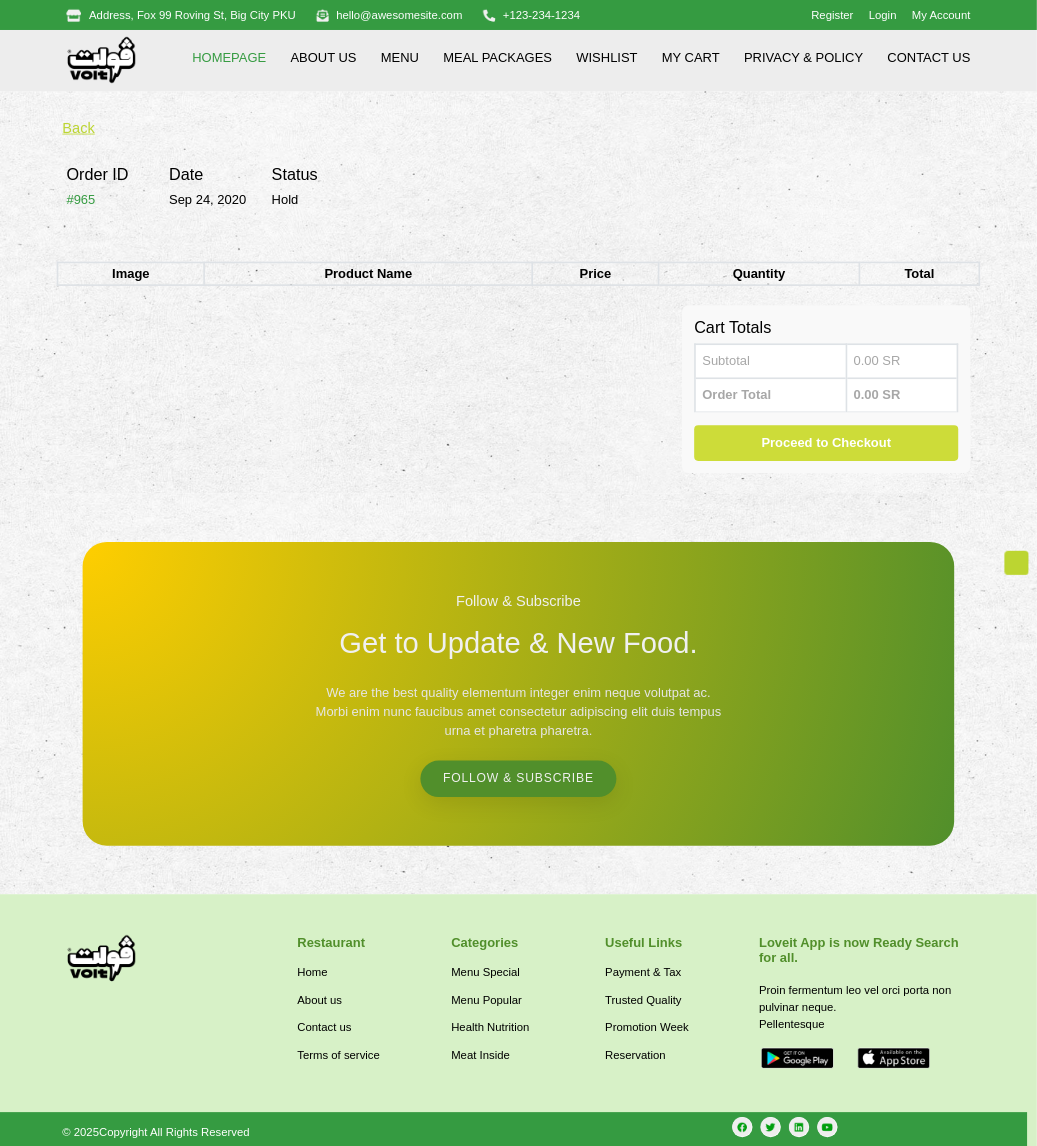
Repository: junivig/volt-new-project
Page: order-detail.html
The author's editor kept a copy of each file at every save. The page is drawn from the files as they stood at one save, then again after the next save.
The browser window is 1280 px wide. The pictures show the whole page, at 81% of full size.

Above is the page before, as saved 2025-02-27 14:04:53.

### order-detail.html
<!DOCTYPE html>
<html lang="en">

<head>
  <meta charset="utf-8">
  <meta content="width=device-width, initial-scale=1.0" name="viewport">
  <title>Order Detail - Voltfood</title>
  <meta name="description" content="">
  <meta name="keywords" content="">

  <!-- Favicons -->
  <link href="assets/img/favicon.png" rel="icon">
  <link href="assets/img/apple-touch-icon.png" rel="apple-touch-icon">

  <!-- Fonts -->
  <link href="https://fonts.googleapis.com" rel="preconnect">
  <link href="https://fonts.gstatic.com" rel="preconnect" crossorigin>
  <link href="https://fonts.googleapis.com/css2?family=Roboto:ital,wght@0,100;0,300;0,400;0,500;0,700;0,900;1,100;1,300;1,400;1,500;1,700;1,900&family=Raleway:ital,wght@0,100;0,200;0,300;0,400;0,500;0,600;0,700;0,800;0,900;1,100;1,200;1,300;1,400;1,500;1,600;1,700;1,800;1,900&family=Ubuntu:ital,wght@0,300;0,400;0,500;0,700;1,300;1,400;1,500;1,700&display=swap" rel="stylesheet">

  <!-- Vendor CSS Files -->
  <link href="assets/vendor/bootstrap/css/bootstrap.min.css" rel="stylesheet">
  <link href="assets/vendor/bootstrap-icons/bootstrap-icons.css" rel="stylesheet">
  <link href="assets/vendor/aos/aos.css" rel="stylesheet">
  <link href="assets/vendor/glightbox/css/glightbox.min.css" rel="stylesheet">
  <link href="assets/vendor/swiper/swiper-bundle.min.css" rel="stylesheet">

  <!-- Main CSS File -->
  <link href="assets/css/main.css" rel="stylesheet">
  <script src="assets/js/constant.js"></script>
  <!-- Add Axios CDN -->
  <script src="https://cdn.jsdelivr.net/npm/axios/dist/axios.min.js"></script>

  <!-- =======================================================
  * Template Name: eNno
  * Template URL: https://bootstrapmade.com/enno-free-simple-bootstrap-template/
  * Updated: Aug 07 2024 with Bootstrap v5.3.3
  * Author: BootstrapMade.com
  * License: https://bootstrapmade.com/license/
  ======================================================== -->
</head>

<body class="index-page">

    <header id="header" class="header ">
        <div class="container-fluid  top-header">
          <div class="container-xl">
              <div class="row align-items-center">
                  <div class="col-md-8 d-flex align-items-center">
                    <nav id="navmenu" class="navmenu">
                      <ul>
                    <li class="">
                      <img src="assets/img/location-icon.png" alt="Location Icon" class="icon-right">
                      <span class="top-header-text">Address, Fox 99 Roving St, Big City PKU</span>
                  </li>
                    <li class="">
                      <img src="assets/img/email-icon.png" alt="Email Icon" class="icon-right">
                      <span class="top-header-text">hello@awesomesite.com</span>
                  </li>
                  <li class="">
                    <img src="assets/img/phone-icon.png" alt="Phone Icon" class="icon-right">
                    <span class="top-header-text">+123-234-1234</span>
                </li>
                      </ul>
                    </nav>
                  </div>
                  <div class="col-md-4 text-end">
                      <a href="auth.html" >Register</a>
                      <a href="auth.html">Login</a>
                      <a href="my-account.html">My Account</a>
                  </div>
              </div>
            </div>
      </div>
        <div class="container-fluid container-xl position-relative d-flex align-items-center">

          <a href="index.html" class="logo d-flex align-items-center me-auto">

            <img src="assets/img/logo.png" alt="Logo Image">
          </a>

          <nav id="navmenu" class="navmenu">
            <ul>
              <li><a href="index.html" class="active">HOMEPAGE</a></li>
              <li><a href="about.html">ABOUT US</a></li>
              <li><a href="menu.html">MENU</a></li>
              <li><a href="meal-packages.html">MEAL PACKAGES</a></li>
              <li><a href="wishlist.html">WISHLIST</a></li>
              <li><a href="cart.html">MY CART</a></li>
              <li><a href="privacy-and-policy.html">PRIVACY & POLICY</a></li>
              <li><a href="contact.html">CONTACT US</a></li>
              <!-- <li class="dropdown"><a href="#"><span>Dropdown</span> <i class="bi bi-chevron-down toggle-dropdown"></i></a>
                <ul>
                  <li><a href="#">Dropdown 1</a></li>
                  <li class="dropdown"><a href="#"><span>Deep Dropdown</span> <i class="bi bi-chevron-down toggle-dropdown"></i></a>
                    <ul>
                      <li><a href="#">Deep Dropdown 1</a></li>
                      <li><a href="#">Deep Dropdown 2</a></li>
                      <li><a href="#">Deep Dropdown 3</a></li>
                      <li><a href="#">Deep Dropdown 4</a></li>
                      <li><a href="#">Deep Dropdown 5</a></li>
                    </ul>
                  </li>
                  <li><a href="#">Dropdown 2</a></li>
                  <li><a href="#">Dropdown 3</a></li>
                  <li><a href="#">Dropdown 4</a></li>
                </ul>
              </li> -->
            </ul>
            <i class="mobile-nav-toggle d-xl-none bi bi-list"></i>
          </nav>

          <!-- <a class="btn-getstarted" href="index.html#about">Get Started</a> -->

        </div>
      </header>

  <main class="main">


        <!-- Cart Section -->
        <section id="testimonials" class="testimonials section-inner light-background bg-image">
            <a href="my-account.html"><button class="btn btn-back">Back</button></a>
            <div class="container">
            <div class="row mt-4">
                <div class="col-4">
                    <div class="row">
                        <div class="col-4">
                            <h5>Order ID</h5>
                            <p class="order-id">#965</p>
                        </div>
                        <div class="col-4">
                            <h5>Date</h5>
                            <p>Sep 24, 2020</p>
                        </div>
                        <div class="col-4">
                            <h5>Status</h5>
                            <p>Hold</p>
                        </div>
                    </div>
                </div>
                <div class="col-8">

                </div>
            </div>
        </div>
            <div class="container mt-5">
                <div class="row">
                    <table class="cart-table">
                        <thead>
                            <tr>
                                <th>Image</th>
                                <th>Product Name</th>
                                <th>Price</th>
                                <th>Quantity</th>
                                <th>Total</th>
                            </tr>
                        </thead>
                        <tbody id="cart-table-body">
                            <!-- Cart items will be dynamically added here -->
                        </tbody>
                    </table>



                </div>
                <div class="row mt-4">
                    <!-- Cart Totals Section -->
                    <div class="col-lg-8"></div>
                    <div class="col-lg-4">
                        <div class="cart-summary">
                            <h5>Cart Totals</h5>
                            <table class="table">
                                <tr>
                                    <td>Subtotal</td>
                                    <td id="subtotal-amount">0.00 SR</td>
                                </tr>
                                <tr>
                                    <td><strong>Order Total</strong></td>
                                    <td><strong id="order-total-amount">0.00 SR</strong></td>
                                </tr>
                            </table>
                            <a href="checkout.html">
                                <button class="btn proceed-btn w-100">Proceed to Checkout</button>
                            </a>
                        </div>
                    </div>
                </div>
            </div>
        </section>
      <!-- /Cart Section -->
      <div id="toast-container" class="toast-container"></div>

  </main>


  <script>
    const apiUrl = `${apiBaseUrl}cart`;
    const token = localStorage.getItem("accessToken");

    // Function to fetch and display the cart items and calculate total price
    async function fetchCart() {
        if (!token) {
            console.error("Access token not found!");
            return;
        }

        try {
            const response = await fetch(apiUrl, {
                method: "GET",
                headers: {
                    "Authorization": `Bearer ${token}`,
                    "Content-Type": "application/json"
                }
            });

            const result = await response.json();

            if (result.status === 200 && result.data.cart.length > 0) {
                const cartTableBody = document.querySelector(".cart-table tbody");
                cartTableBody.innerHTML = ""; // Clear previous content

                let totalCartPrice = 0; // Store total price

                result.data.cart.forEach(cartItem => {
                    const product = cartItem.product;
                    const itemTotal = parseFloat(product.price) * cartItem.quantity;
                    totalCartPrice += itemTotal; // Add to total price

                    const row = document.createElement("tr");
                    row.setAttribute("data-product-id", product.id); // Store product_id in row

                    row.innerHTML = `
                        <td><img src="assets/img/breakfast.png" alt="Image"></td>
                        <td>${product.name}</td>
                        <td>${product.price} SR</td>
                        <td>
                            <div class="quantity-control">
                                <input type="text" class="quantity-input" value="${cartItem.quantity}" data-id="${cartItem.id}" readonly>
                            </div>
                        </td>
                        <td class="item-total">${itemTotal.toFixed(2)} SR</td>
                    `;

                    cartTableBody.appendChild(row);
                });

                // Update cart totals
                updateCartTotal(totalCartPrice);

            } else {
                document.querySelector(".cart-table tbody").innerHTML = "<tr><td colspan='6'>Your cart is empty.</td></tr>";
                updateCartTotal(0);
            }
        } catch (error) {
            console.error("Error fetching cart:", error);
            document.querySelector(".cart-table tbody").innerHTML = "<tr><td colspan='6'>Failed to load cart.</td></tr>";
            updateCartTotal(0);
        }
    }

    // Function to update Subtotal and Order Total
    function updateCartTotal(totalPrice) {
        document.getElementById("subtotal-amount").innerText = `${totalPrice.toFixed(2)} SR`;
        document.getElementById("order-total-amount").innerText = `${totalPrice.toFixed(2)} SR`;
    }

    // Event delegation for quantity updates and removal
    document.querySelector(".cart-table tbody").addEventListener("click", function (event) {
        if (event.target.classList.contains("increase")) {
            const cartItemId = event.target.getAttribute("data-id");
            const productId = event.target.getAttribute("data-product-id");
            updateCartItem(cartItemId, productId, "increase");
        }

        if (event.target.classList.contains("decrease")) {
            const cartItemId = event.target.getAttribute("data-id");
            const productId = event.target.getAttribute("data-product-id");
            updateCartItem(cartItemId, productId, "decrease");
        }

        if (event.target.classList.contains("remove-btn")) {
            const cartItemId = event.target.getAttribute("data-id");
            const productId = event.target.closest("tr").getAttribute("data-product-id"); // Get product_id from row
            removeCartItem(cartItemId, productId);
        }
    });

    // Function to update item quantity
    async function updateCartItem(cartItemId, productId, action) {
        if (!token) {
            console.error("Access token not found!");
            return;
        }

        try {
            const response = await fetch(`${apiUrl}/update`, {
                method: "POST",
                headers: {
                    "Authorization": `Bearer ${token}`,
                    "Content-Type": "application/json"
                },
                body: JSON.stringify({
                    cart_item_id: cartItemId,
                    product_id: productId,
                    action: action
                })
            });

            const result = await response.json();

            if (response.ok) {
                fetchCart(); // Refresh cart after update
            } else {
                alert(`Failed to update item: ${result.message || "Unknown error"}`);
            }
        } catch (error) {
            console.error("Error updating cart item:", error);
            alert("An error occurred while updating the item quantity.");
        }
    }

    // Function to remove item from cart
    async function removeCartItem(cartItemId, productId) {
        if (!token) {
            console.error("Access token not found!");
            return;
        }

        if (!productId) {
            console.error("Product ID not found!");
            return;
        }

        try {
            const response = await fetch(`${apiUrl}/remove`, {
                method: "POST",
                headers: {
                    "Authorization": `Bearer ${token}`,
                    "Content-Type": "application/json"
                },
                body: JSON.stringify({
                    product_id: productId // Correct API body format
                })
            });

            const result = await response.json();

            if (response.ok) {
                fetchCart(); // Refresh cart after removal
            } else {
                alert(`Failed to remove item: ${result.message || "Unknown error"}`);
            }
        } catch (error) {
            console.error("Error removing cart item:", error);
            alert("An error occurred while removing the item from the cart.");
        }
    }

    // Load the cart when the page loads
    document.addEventListener("DOMContentLoaded", fetchCart);
</script>




 <!-- /Subscribe Footer Section -->
  <!-- Footer will be loaded here -->
  <div id="footer-placeholder"></div>

  <script>
    // Load footer.html into the placeholder div
    fetch("footer.html")
        .then(response => response.text())
        .then(data => {
            document.getElementById("footer-placeholder").innerHTML = data;
        })
        .catch(error => console.error("Error loading footer:", error));
</script>

  <!-- Scroll Top -->
  <a href="#" id="scroll-top" class="scroll-top d-flex align-items-center justify-content-center"><i class="bi bi-arrow-up-short"></i></a>

  <!-- Preloader -->
  <div id="preloader"></div>

  <!-- Vendor JS Files -->
  <script src="assets/vendor/bootstrap/js/bootstrap.bundle.min.js"></script>
  <script src="assets/vendor/php-email-form/validate.js"></script>
  <script src="assets/vendor/aos/aos.js"></script>
  <script src="assets/vendor/glightbox/js/glightbox.min.js"></script>
  <script src="assets/vendor/purecounter/purecounter_vanilla.js"></script>
  <script src="assets/vendor/imagesloaded/imagesloaded.pkgd.min.js"></script>
  <script src="assets/vendor/isotope-layout/isotope.pkgd.min.js"></script>
  <script src="assets/vendor/swiper/swiper-bundle.min.js"></script>
  <script>
    fetch("footer.html")
      .then(response => response.text())
      .then(data => document.getElementById("footer-placeholder").innerHTML = data)
      .catch(error => console.error("Error loading the footer:", error));
  </script>

  <!-- Main JS File -->
  <script src="assets/js/main.js"></script>
  <script>
    document.addEventListener("DOMContentLoaded", function () {
        document.querySelectorAll(".quantity-control button").forEach(button => {
            button.addEventListener("click", function () {
                let input = this.parentElement.querySelector("input");
                let value = parseInt(input.value);
                if (this.classList.contains("increase")) {
                    input.value = value + 1;
                } else if (this.classList.contains("decrease") && value > 1) {
                    input.value = value - 1;
                }
            });
        });

        document.querySelectorAll(".remove-btn").forEach(button => {
            button.addEventListener("click", function () {
                this.closest("tr").remove();
            });
        });
    });
</script>

</body>

</html>

### footer.html

<!-- Subscribe Footer Section -->
<section class="bg-image">
    <div class="footer-newsletter">
      <div class="container">
        <div class="row justify-content-center text-center">
          <div class="col-lg-6">
            <p class="footer-newsletter-sub-heading">Follow & Subscribe</p>
            <h4 class="footer-newsletter-heading">Get to Update & New Food.</h4>
            <p class="footer-newsletter-text">We are the best quality elementum integer enim neque volutpat ac. Morbi enim nunc
              faucibus amet consectetur adipiscing elit duis tempus urna et pharetra pharetra.</p>
            <div class="mt-4">
              <a href="#about" class="subscribe-button">FOLLOW & SUBSCRIBE</a>
            </div>
          </div>
        </div>
      </div>
    </div>
  </section>


  <footer id="footer" class="footer">
    <div class="container footer-top">
      <div class="row gy-4">
        <div class="col-lg-3 col-md-6 footer-about">
          <a href="index.html" class="logo d-flex align-items-center me-auto">
            <img src="assets/img/logo.png" alt="Logo Image">
          </a>

        </div>

        <div class="col-lg-2 col-md-3 footer-links">
          <h4 class="footer-pages-heading">Restaurant</h4>
          <ul>
            <li> <a href="#">Home</a></li>
            <li> <a href="about.html">About us</a></li>
            <li> <a href="contact.html">Contact us</a></li>
            <li> <a href="privacy-and-policy.html">Terms of service</a></li>
          </ul>
        </div>

        <div class="col-lg-2 col-md-3 footer-links">
          <h4 class="footer-pages-heading">Categories</h4>
          <ul>
            <li> <a href="#">Menu Special</a></li>
            <li> <a href="#">Menu Popular</a></li>
            <li> <a href="#">Health Nutrition</a></li>
            <li> <a href="#">Meat Inside</a></li>
          </ul>
        </div>
        <div class="col-lg-2 col-md-3 footer-links">
          <h4 class="footer-pages-heading">Useful Links</h4>
          <ul>
            <li> <a href="#">Payment & Tax</a></li>
            <li> <a href="#">Trusted Quality</a></li>
            <li> <a href="#">Promotion Week</a></li>
            <li> <a href="#">Reservation</a></li>
          </ul>
        </div>

        <div class="col-lg-3 col-md-12">
          <h4 class="footer-pages-heading">Loveit App is now Ready Search for all.</h4>
          <p>Proin fermentum leo vel orci porta non pulvinar neque. <br> Pellentesque</p>
          <div class="row">
            <div class="col-lg-5 col-md-6 col-sm-12">
              <img src="assets/img/android.png" alt="Google Play Image" class="mobile-app-image">
           </div>
           <div class="col-lg-5 col-md-6 col-sm-12">
            <img src="assets/img/apple.png" alt="Apple Store Image" class="mobile-app-image">
         </div>
        </div>

      </div>
    </div>
    </div>
    <div class="row copyright mt-4">
      <div class="row">
      <div class="col-lg-6 col-md-12 col-sm-12">
        <p class="mt-2">© 2025<span>Copyright All Rights Reserved</span></p>
      </div>
      <div class="col-lg-3 col-md-12 col-md-12">
      </div>
      <div class="col-lg-3 col-md-12 col-md-12 social-media-icons">
        <div class="social-links d-flex text-end">
          <a href=""><img src="assets/img/facebook.png" alt="Logo Image"></a>
          <a href=""><img src="assets/img/twitter.png" alt="Logo Image"></a>
          <a href=""><img src="assets/img/linkedin.png" alt="Logo Image"></i></a>
          <a href=""><img src="assets/img/youtube.png" alt="Logo Image"></i></a>
        </div>
      </div>
      </div>
    </div>
  </footer>

Loaded but not shown: assets/vendor/bootstrap/css/bootstrap.min.css (library); assets/vendor/bootstrap-icons/bootstrap-icons.css (library); assets/vendor/aos/aos.css (library); assets/vendor/glightbox/css/glightbox.min.css (library); assets/vendor/swiper/swiper-bundle.min.css (library); assets/vendor/bootstrap/js/bootstrap.bundle.min.js (library); assets/vendor/php-email-form/validate.js (common file); assets/vendor/aos/aos.js (library); assets/vendor/glightbox/js/glightbox.min.js (library); assets/vendor/purecounter/purecounter_vanilla.js (library); assets/vendor/imagesloaded/imagesloaded.pkgd.min.js (library); assets/vendor/isotope-layout/isotope.pkgd.min.js (library); assets/vendor/swiper/swiper-bundle.min.js (library); assets/js/main.js (209 lines, source omitted); assets/js/constant.js (3 lines, source omitted); assets/css/main.css (2922 lines, source omitted)

After the next save:
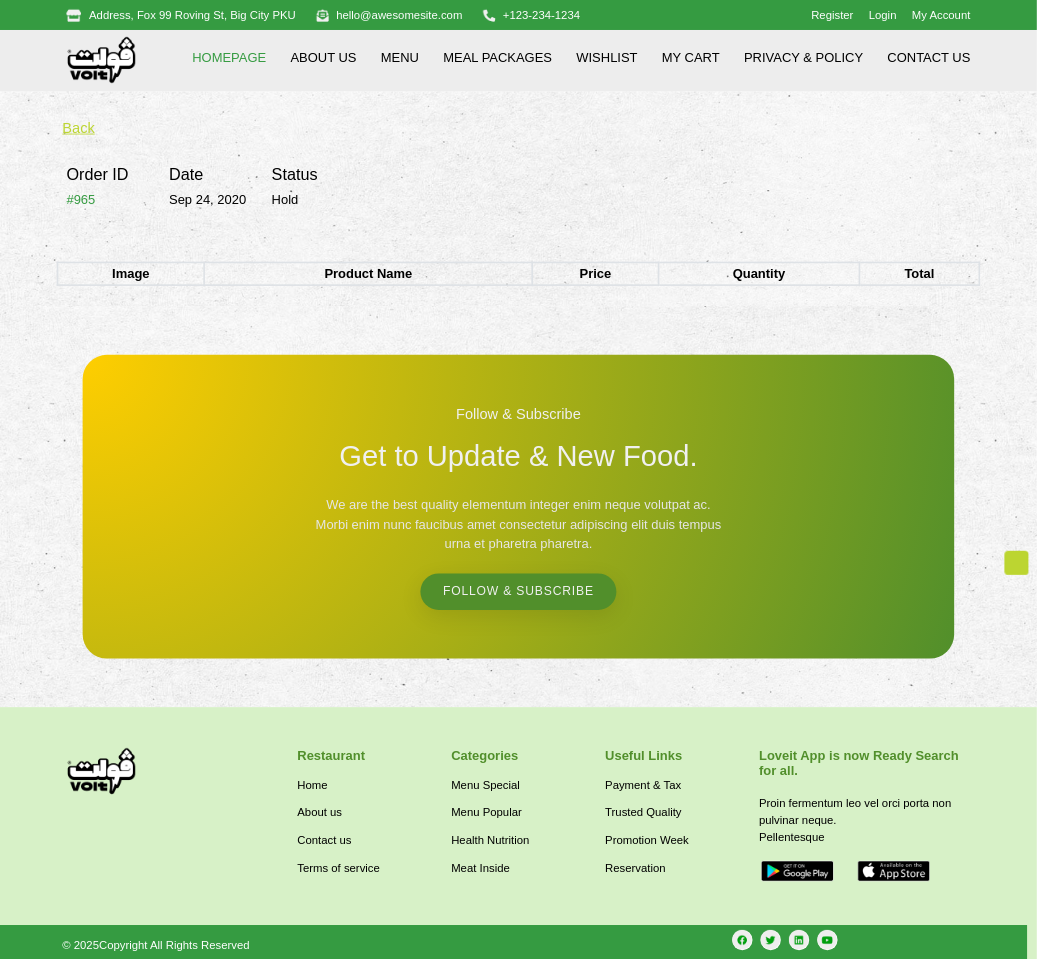
Saved 7 min 32 s later.
--- a/order-detail.html
+++ b/order-detail.html
@@ -163,28 +163,7 @@
 
 
                 </div>
-                <div class="row mt-4">
-                    <!-- Cart Totals Section -->
-                    <div class="col-lg-8"></div>
-                    <div class="col-lg-4">
-                        <div class="cart-summary">
-                            <h5>Cart Totals</h5>
-                            <table class="table">
-                                <tr>
-                                    <td>Subtotal</td>
-                                    <td id="subtotal-amount">0.00 SR</td>
-                                </tr>
-                                <tr>
-                                    <td><strong>Order Total</strong></td>
-                                    <td><strong id="order-total-amount">0.00 SR</strong></td>
-                                </tr>
-                            </table>
-                            <a href="checkout.html">
-                                <button class="btn proceed-btn w-100">Proceed to Checkout</button>
-                            </a>
-                        </div>
-                    </div>
-                </div>
+
             </div>
         </section>
       <!-- /Cart Section -->
